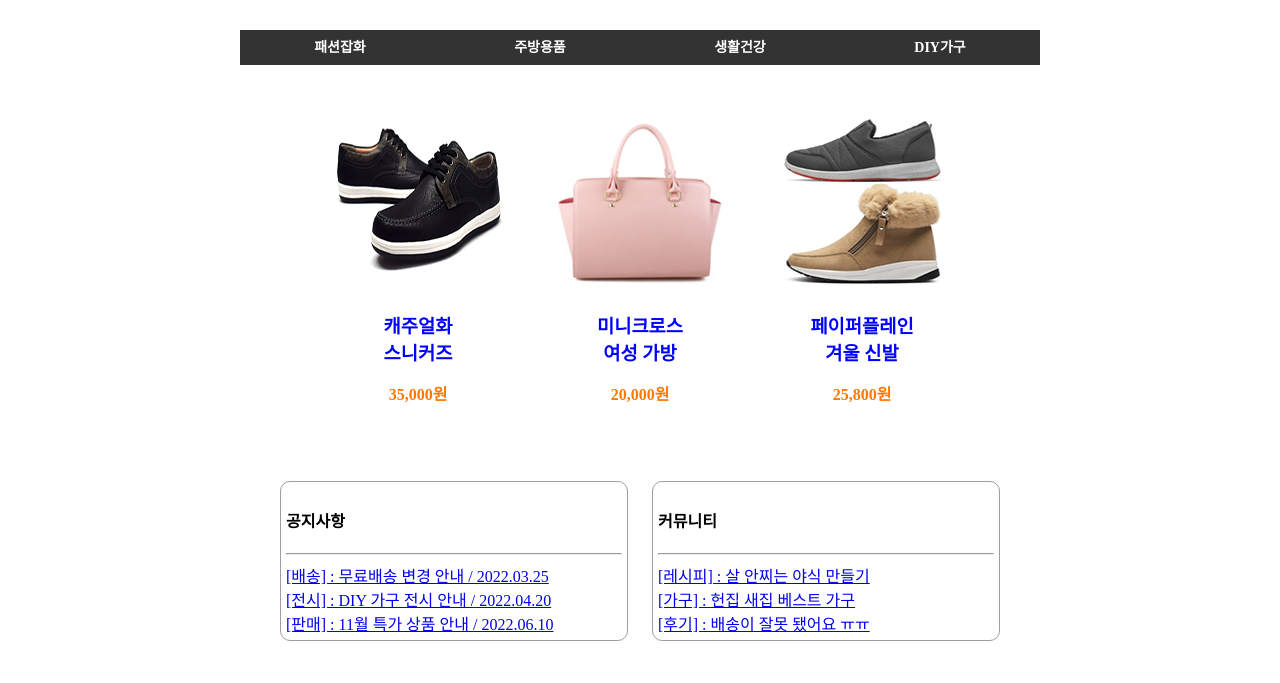
Repository: dudadab/Hhyundaiezwel_Academy
Page: CSS01/src/main/webapp/cssEx.html
An editor plug-in stored every save of this project. The page is shown before and after the next save, followed by the edit.
The browser window is 1280 px wide. The pictures show the whole page.

Above is the page before, as saved 2025-07-02 08:35:45.

After the next save:
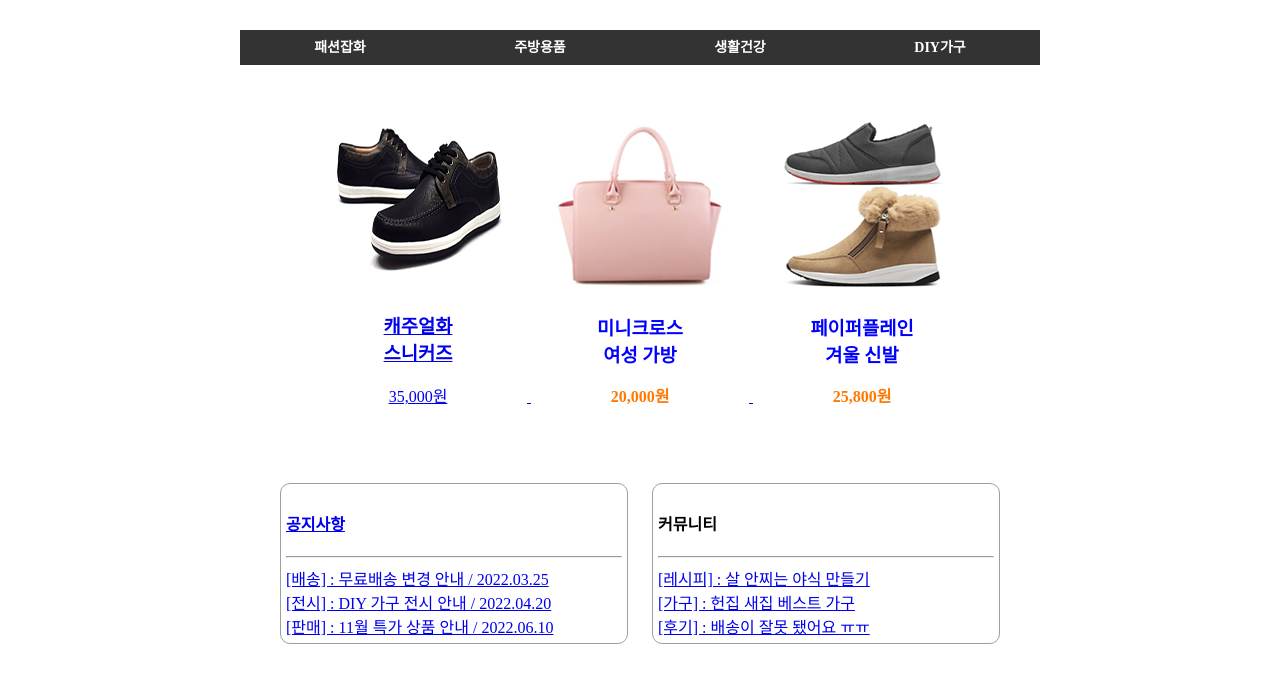
Saved 82 s later.
--- a/CSS01/src/main/webapp/cssEx.html
+++ b/CSS01/src/main/webapp/cssEx.html
@@ -17,7 +17,7 @@
 			</div>
 			<div id="productBox">
 				<div>
-					<img src="image/image/fashion1.png">
+					<a href="table.html"><img src="image/image/fashion1.png">
 					<h3 class="prdTitle">캐주얼화<br>스니커즈</h3>
 					<p class="prdPrice">35,000원</p>
 				</div>

After the save that followed:
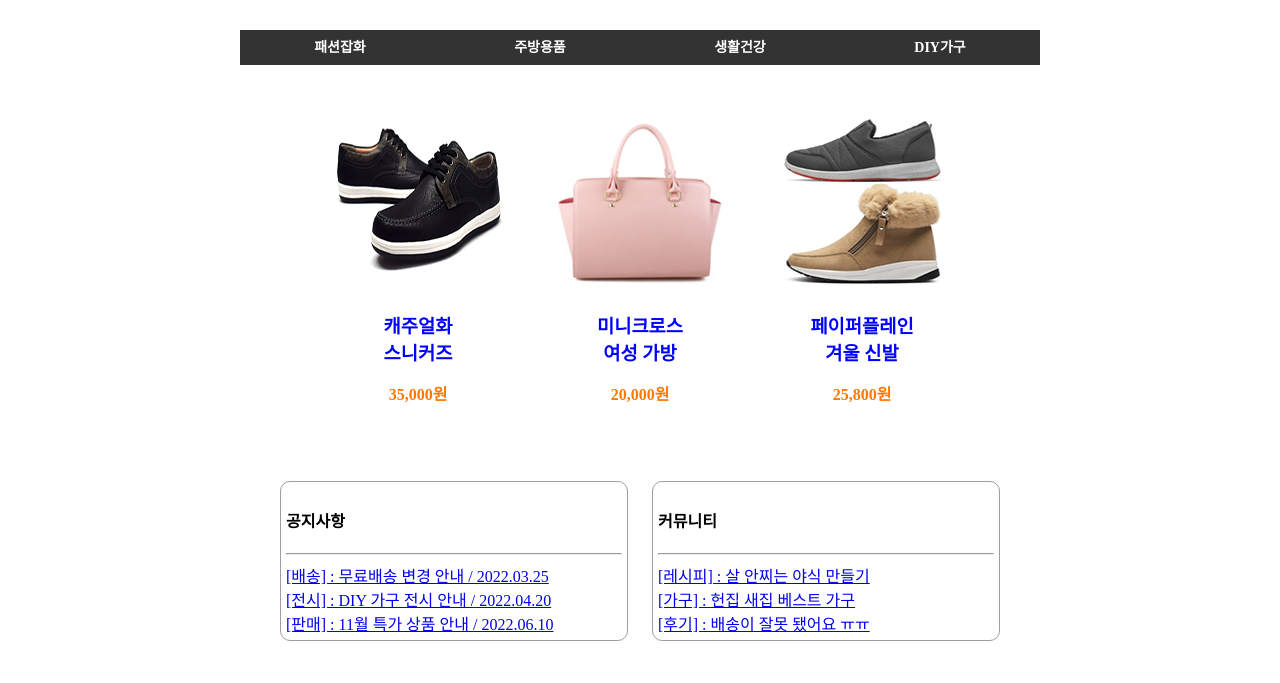
Saved 25 s later.
--- a/CSS01/src/main/webapp/cssEx.html
+++ b/CSS01/src/main/webapp/cssEx.html
@@ -17,7 +17,7 @@
 			</div>
 			<div id="productBox">
 				<div>
-					<a href="table.html"><img src="image/image/fashion1.png">
+					<a href="table.html"><img src="image/image/fashion1.png"></a>
 					<h3 class="prdTitle">캐주얼화<br>스니커즈</h3>
 					<p class="prdPrice">35,000원</p>
 				</div>
